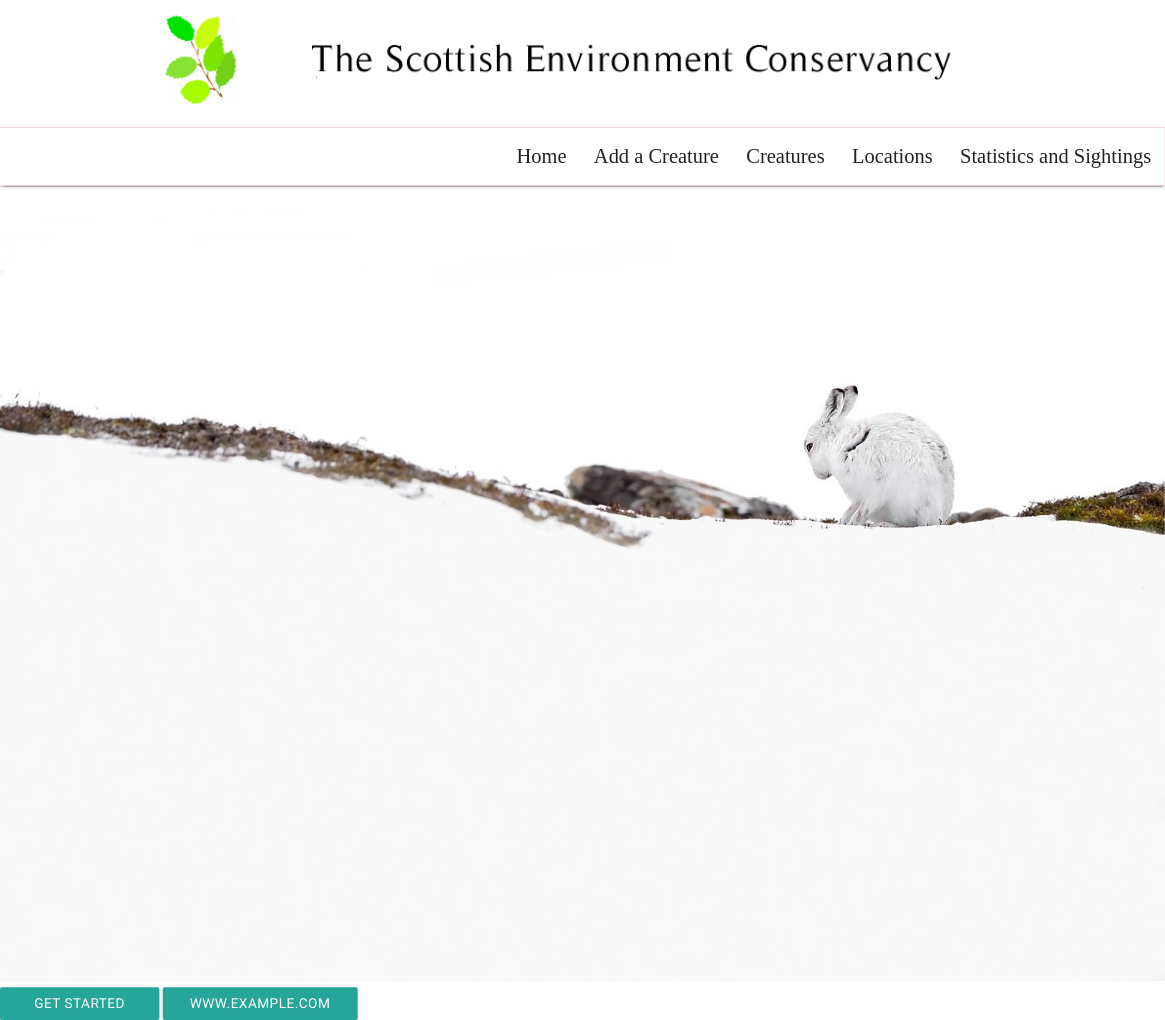
Repository: TaylorD1982/creature-sightings
Page: http://localhost/
The author's editor kept a record of every edit. The page is drawn from the files as they stood at one moment, then again after the next edit.
The browser window is 1280 px wide. The pictures show the whole page, at 91% of full size.
Some web libraries are served in a nearby version. The page is served by the project's application, run on Flask 3 (app.py). Queries for data that is not in the repository find no rows.

Above is the page before.
Console error: TypeError: Cannot read properties of null (reading 'addEventListener')

### templates/creatures.html
{% extends 'base.html'%} {% block content %}

<div id="wrapper">
    <img src="static/images/hare1.jpg" width="100%" class="banner">

    <button class="btn waves-effect waves-light button3" type="submit" name="action">Get started
        <i class="material-icons right">
            <a href="{{url_for('add_creature')}}"></a>
        </i>
    </button>

    <button class="btn waves-effect waves-light button3" onclick="location.href='{{url_for('add_creature')}}'" type="button">
         www.example.com</button>

</div>

{% endblock %}

### templates/base.html
<!DOCTYPE html>
<html>

<head>
    <link href="https://fonts.googleapis.com/icon?family=Material+Icons" rel="stylesheet">
    <link rel="stylesheet" href="https://cdnjs.cloudflare.com/ajax/libs/materialize/0.100.2/css/materialize.min.css">
    <link rel="stylesheet" href="{{url_for('static', filename='css/style.css')}}" type="text/css" />
    <link href="https://fonts.googleapis.com/css?family=Luckiest+Guy&display=swap" rel="stylesheet">
</head>

<body>
    <header>
        <container>
            <img href="{{url_for('get_creatures')}}" class="brand-logo" src="static/images/banner-1.png" width="100%">
        </container>
        <nav>
            <div class="nav-wrapper">
                <a href="#" class="brand-logo">Logo</a>
                <ul id="nav-mobile" class="right hide-on-med-and-down">
                    <li><a href="{{url_for('get_creatures')}}">Home</a></li>
                    <li><a href="{{url_for('add_creature')}}">Add a Creature</a></li>
                    <li><a href="{{url_for('creature')}}">Creatures</a></li>
                    <li><a href="{{url_for('location')}}">Locations</a></li>
                    <li><a href="{{url_for('statistics')}}">Statistics and Sightings</a></li>
                </ul>
                <ul class="side-nav" id="mobile-demo">
                    <li><a href="{{url_for('get_creatures')}}">Home</a></li>
                    <li><a href="{{url_for('add_creature')}}">Add a Creature</a></li>
                    <li><a href="{{url_for('creature')}}">Creatures</a></li>
                    <li><a href="{{url_for('location')}}">Locations</a></li>
                    <li><a href="{{url_for('statistics')}}">Statistics & Sightings</a></li>
                </ul>
            </div>
        </nav>
        <br>
    </header>
        {% block content %} {% endblock %}
    <script src="https://cdnjs.cloudflare.com/ajax/libs/jquery/3.2.1/jquery.min.js"></script>
    <script src="https://cdnjs.cloudflare.com/ajax/libs/materialize/0.100.2/js/materialize.min.js"></script>
    <script type="text/javascript">
        $(document).ready(function() {
            $('.collapsible').collapsible();
            $('select').material_select();
            $(".button-collapse").sideNav();
            $('.modal').modal();
            $('.timepicker').timepicker();
        });
        $('.datepicker').pickadate({
            selectMonths: true, // Creates a dropdown to control month
            selectYears: 15, // Creates a dropdown of 15 years to control year,
            today: 'Today',
            clear: 'Clear',
            close: 'Ok',
            closeOnSelect: false // Close upon selecting a date,
        });
        document.getElementById("matfix").addEventListener("click", function(e) { e.stopPropagation(); });
    </script>
</body>

</html>

### app.py
import os
from flask import Flask, render_template, redirect, request, url_for
from flask_pymongo import PyMongo
from bson.objectid import ObjectId

app = Flask(__name__)
app.config["MONGO_DBNAME"] = 'creature_sightings'
app.config["MONGO_URI"] = 'mongodb+srv://root:Sweden123@myfirstcluster-8eedf.mongodb.net/creature_sightings?retryWrites=true&w=majority'

mongo = PyMongo(app)

@app.route('/')

@app.route('/get_creatures')
def get_creatures():
    return render_template("creatures.html",
                           creatures=mongo.db.creatures.find())

@app.route('/add_creature')
def add_creature():
    return render_template('addcreature.html',
                           locations=mongo.db.locations.find())

@app.route('/creatures_list')
def creature():
    return render_template('creatures_list.html',
                           locations=mongo.db.locations.find())

@app.route('/location')
def location():
    return render_template('location.html')

@app.route('/statistics')
def statistics():
    return render_template('statistics.html',
                           creatures=mongo.db.creatures.find())

@app.route('/insert_creature', methods=['POST'])
def insert_creature():
    creatures =  mongo.db.creatures
    creatures.insert_one(request.form.to_dict())
    return redirect(url_for('statistics'))


@app.route('/edit_creature/<creature_id>')
def edit_creature(creature_id):
    the_creature =  mongo.db.creatures.find_one({"_id": ObjectId(creature_id)})
    all_locations =  mongo.db.locations.find()
    return render_template('editcreature.html', creature=the_creature,
                           locations=all_locations)


@app.route('/update_creature/<creature_id>', methods=["POST"])
def update_creature(creature_id):
    creatures = mongo.db.creatures
    creatures.update( {'_id': ObjectId(creature_id)},
    {
        'creature_name':request.form.get('creature_name'),
        'location':request.form.get('location'),
        'comment': request.form.get('comment'),
        'date': request.form.get('date'),
        'time':request.form.get('time')
    })
    return redirect(url_for('statistics'))

"""

@app.route('/delete_creature/<creature_id>')
def delete_creature(creature_id):
    mongo.db.creatures.remove({'_id': ObjectId(creature_id)})
    return redirect(url_for('get_creatures'))

@app.route('/get_locations')
def get_locations():
    return render_template('locations.html',
                           locations=mongo.db.locations.find())

@app.route('/edit_location/<location_id>')
def edit_location(location_id):
    return render_template('editlocation.html',
                           location=mongo.db.locations.find_one(
                           {'_id': ObjectId(location_id)}))

@app.route('/update_location/<location_id>', methods=['POST'])
def update_location(location_id):
    mongo.db.locations.update(
        {'_id': ObjectId(location_id)},
        {'location_name': request.form.get('location_name')})
    return redirect(url_for('get_locations'))

@app.route('/delete_location/<location_id>')
def delete_location(location_id):
    mongo.db.locations.remove({'_id': ObjectId(location_id)})
    return redirect(url_for('get_locations'))

@app.route('/insert_location', methods=['POST'])
def insert_location():
    location_doc = {'location_name': request.form.get('location_name')}
    mongo.db.locations.insert_one(location_doc)
    return redirect(url_for('get_locations'))

"""

if __name__ == '__main__':
    app.run(host=os.environ.get('IP'),
            port=int(os.environ.get('PORT')),
            debug=True)

### static/css/style.css
.btn_small {
    height: 24px;
    width: 60px;
    line-height: 24px;
    margin: 5px 5px;
    padding: 0 0.5em;
}

.task_header {
    margin-top: 5px;
}

.row .col {
    padding: 0 .0rem;
}

/* modals */

.modal-trigger img {

    -moz-transition: all 0.2s;
    -webkit-transition: all 0.2s;
    transition: all 0.2s;
}

.modal-trigger:hover img {
    -moz-transform: scale(1.03);
    -webkit-transform: scale(1.03);
    transform: scale(1.03);
}

.imagewrap {
    display:inline-block;
    position:relative;

}

/* navbar */

.nav-wrapper {
    background-color: white;
}

nav ul a {
    -webkit-transition: background-color .3s;
    transition: background-color .3s;
    font-size: 1.5rem;
    color: rgba(0,0,0,0.87);
    display: block;
    padding: 0 15px;
    cursor: pointer;
    font-family: 'Nanum Myeongjo', serif;
}

/* font on locations page */

.header {
    font-family: 'Nanum Myeongjo', serif;
}

/* scroll behaviour */

 html {
  scroll-behavior: smooth;
 }

/* fade on hover creature immages */


.container {
  position: relative;
  width: 50%;
}

.image {
  opacity: 1;
  display: block;
  width: 100%;
  height: auto;
  transition: .5s ease;
  backface-visibility: hidden;
}

.middle {
  transition: .5s ease;
  opacity: 0;
  position: absolute;
  top: 50%;
  left: 50%;
  transform: translate(-50%, -50%);
  -ms-transform: translate(-50%, -50%);
  text-align: center;
}

.container:hover .image {
  opacity: 0.3;
}

.container:hover .middle {
  opacity: 1;
}



.text {
  color: black;
  font-size: 50px;
  padding: 16px 32px;
  font-family: 'Nanum Myeongjo', serif;
  font-weight: 900;
}

#wrapper, img{
    width:100%;
    height: 100%;
}

/* Creatures font */

.text-creatures {
  color: #4C9900;
  font-size: 20px;
  padding: 5px 5px;
  font-family: 'Nanum Myeongjo', serif;
}

.form {
    margin-left: 250px;
    margin-right: 450px;
}


/* Creature List */

.creature-types {
    margin-left: 100px;
    margin-right: 100px;
}

.animals {
    margin-left: 100px;
    margin-right: 100px;
}

.modal {
    height: 90%;
    width: 55%;
}

.bird-prey {
    padding-top: 30px;
    padding-bottom: 50px;
}

.row-stats {
    padding-left: 250px;
    padding-right: 250px;
    padding-top: 50px;
    padding-bottom: 20px;

}

After the next edit:
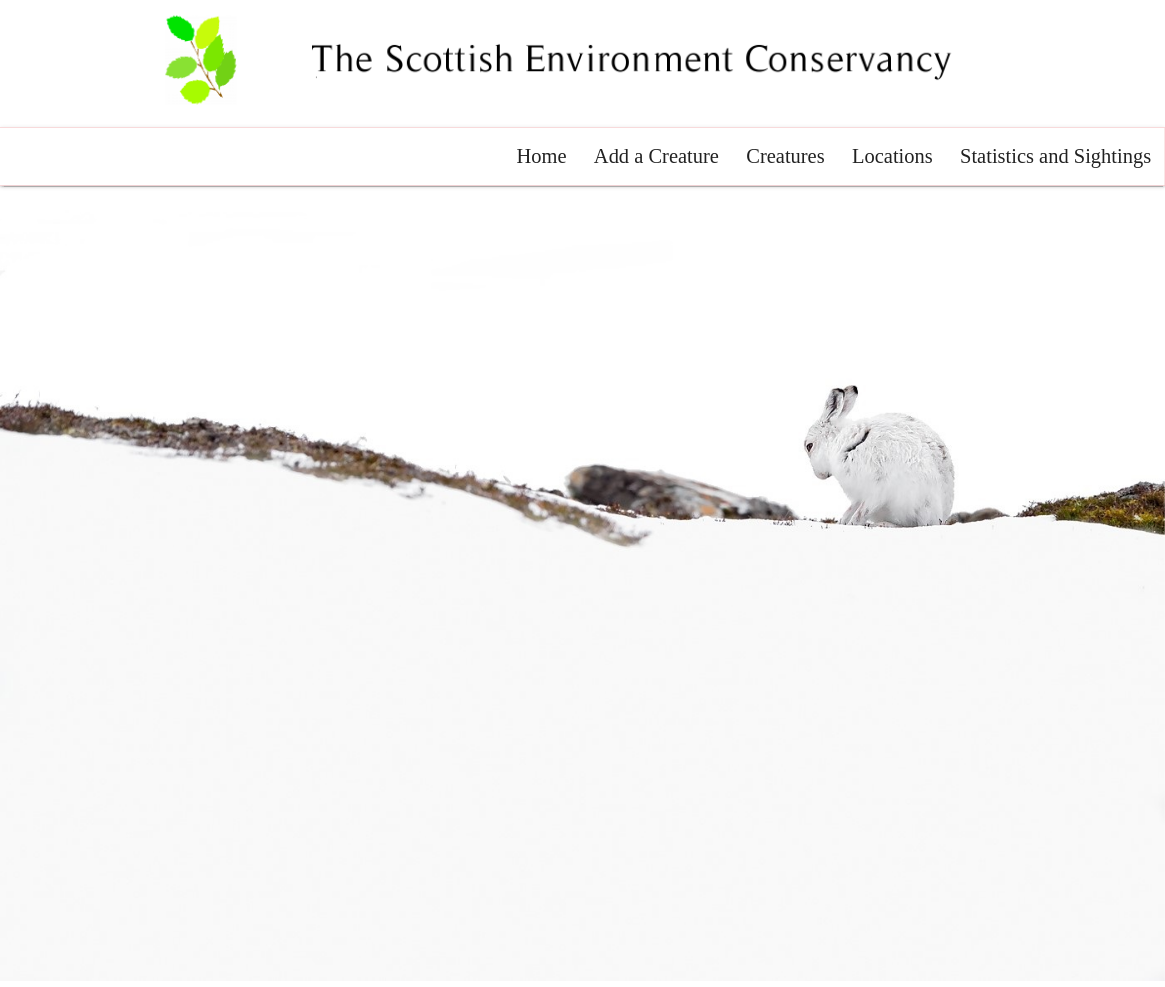
The edit:
--- a/templates/creatures.html
+++ b/templates/creatures.html
@@ -2,16 +2,6 @@
 
 <div id="wrapper">
     <img src="static/images/hare1.jpg" width="100%" class="banner">
-
-    <button class="btn waves-effect waves-light button3" type="submit" name="action">Get started
-        <i class="material-icons right">
-            <a href="{{url_for('add_creature')}}"></a>
-        </i>
-    </button>
-
-    <button class="btn waves-effect waves-light button3" onclick="location.href='{{url_for('add_creature')}}'" type="button">
-         www.example.com</button>
-
 </div>
 
 {% endblock %}
